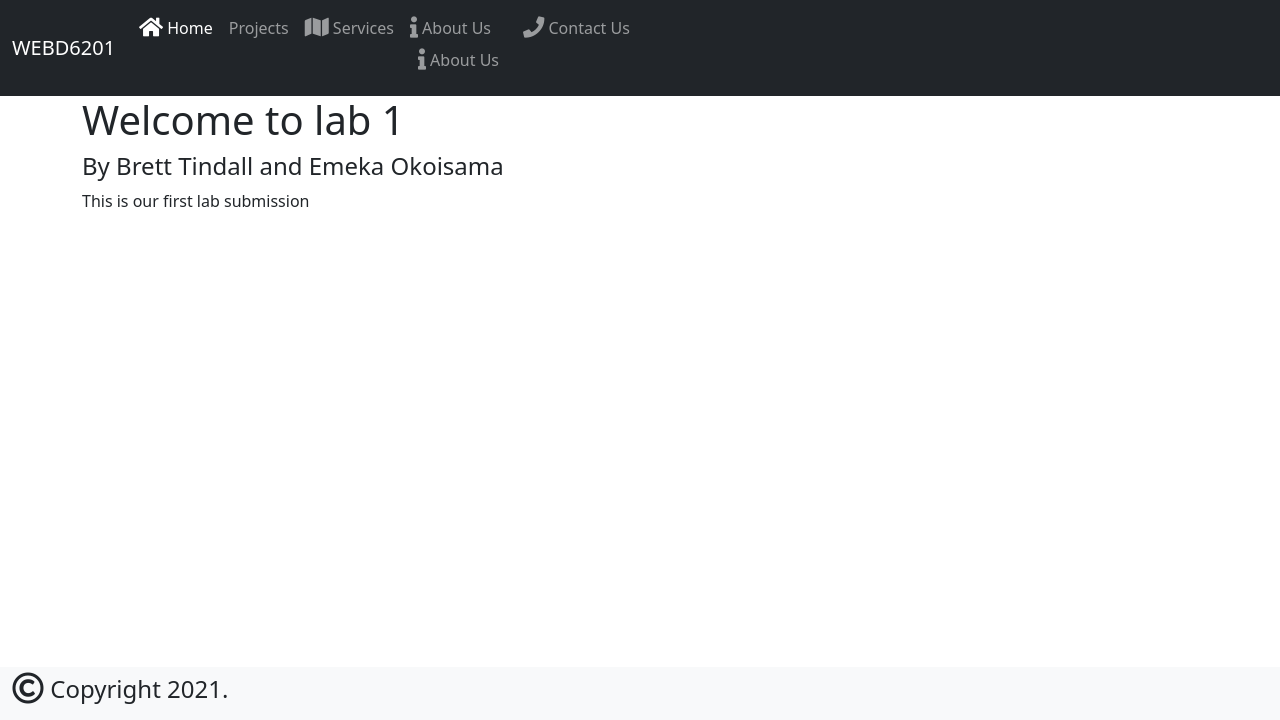
Repository: Sub4Sub/Lab_1
Page: index.html
An editor plug-in stored every save of this project. The page is shown before and after the next save, followed by the edit.
The browser window is 1280 px wide. The pictures show the whole page.

Above is the page before, as saved 2021-02-05 02:35:20.

### index.html
<!DOCTYPE html>
<html lang="en">
<head>
    <meta charset="UTF-8">
    <meta name="viewport" content="width=device-width, initial-scale=1.0">
    <title>Home</title>
    <!-- CSS Section -->
    <link rel="stylesheet" href="./node_modules/bootstrap/dist/css/bootstrap.min.css">
    <link rel="stylesheet" href="./node_modules/@fortawesome/fontawesome-free/css/all.min.css">
    <link rel="stylesheet" href="./Content/app.css">
</head>
<body>
    <!-- Main Header -->
    <header>
      <!-- Main Navigation -->
      <nav class="navbar navbar-expand-lg navbar-dark bg-dark">
          <div class="container-fluid">
            <a class="navbar-brand" href="index.html">WEBD6201</a>
            <button class="navbar-toggler" type="button" data-bs-toggle="collapse" data-bs-target="#navbarSupportedContent" aria-controls="navbarSupportedContent" aria-expanded="false" aria-label="Toggle navigation">
              <span class="navbar-toggler-icon"></span>
            </button>
            <div class="collapse navbar-collapse" id="navbarSupportedContent">
              <ul class="navbar-nav me-auto mb-2 mb-lg-0">
                <li class="nav-item">
                  <a class="nav-link active" aria-current="page" href="index.html"><i class="fas fa-home fa-lg"></i> Home</a>
                </li>

                <li class="nav-item">
                  <a class="nav-link" id="productsLink" aria-current="page" href="products.html"><i class="fas fa-cog fa-lg"></i> Products</a>
                </li>

                <li class="nav-item">
                  <a class="nav-link" aria-current="page" href="services.html"><i class="fas fa-map fa-lg"></i> Services</a>
                </li>

                <li class="nav-item" id="aboutUsList">
                  <a class="nav-link" id="aboutUsLink" aria-current="page" href="about.html"><i class="fas fa-info fa-lg"></i> About Us</a>
                </li>

                <li class="nav-item">
                  <a class="nav-link" aria-current="page" href="contact.html"><i class="fas fa-phone fa-lg"></i> Contact Us</a>
                </li>
              </ul>
            </div>
          </div>
        </nav>
  </header>

    <!-- Main Content -->
    <main class="container">
    </main>



    <!-- Script Section-->
    <script src="./node_modules/jquery/dist/jquery.min.js"></script>
    <script src="./node_modules/bootstrap/dist/js/bootstrap.bundle.min.js"></script>
    <script src="./Scripts/app.js"></script>
</body>
</html>

### Scripts/app.js

"use strict";


(function()
{

    function displayHome()
    {
        let indexHeading = document.createElement("h1");

        indexHeading.setAttribute("id", "indexHeading");
        indexHeading.textContent = "Welcome to lab 1";
        //indexHeading.className = "fs-4 fw-bold";

        let mainContent = document.querySelector("main");
        mainContent.appendChild(indexHeading);

        let newDivTag = document.createElement("div");
        newDivTag.innerHTML =
        `<h4>By Brett Tindall and Emeka Okoisama</h4>
        <p id="paragraphThree"> This is our first lab submission </p>`;

        mainContent.append(newDivTag);


    }

    function displayContact()
    {
      let contactHeading = document.createElement("h1");

      contactHeading.setAttribute("id", "contactHeading");
      contactHeading.textContent = "Enter a Contact";

      let mainContent = document.querySelector("main");
      mainContent.appendChild(contactHeading);

      let newDivTag = document.createElement("div");
      newDivTag.innerHTML =
      `<div id="messageArea"></div>

      <div class="row justify-content-lg-center g-3">
        <form class="col-lg-6 col-md-10 col-sm-10">

          <div class="input-group mb-3">
            <span class="input-group-text" id="inputGroup-sizing-default">Full Name </span>
            <input id="fullName" type="text" class="form-control" aria-label="Full Name" aria-describedby="Full Name Input"
            name="fullName" required>
          </div>

          <div class="input-group mb-3">
            <span class="input-group-text" id="inputGroup-sizing-default">Contact Number</span>
            <input id="contactNumber" type="tel" class="form-control" aria-label="Contact Number" aria-describedby="Contact Number Input"
            name="contactNumber" required>
          </div>

          <div class="input-group mb-3">
            <span class="input-group-text" id="inputGroup-sizing-default">Email</span>
            <input id="emailAddress" type="email" class="form-control" aria-label="Email Address" aria-describedby="Email Address Input"
            name="emailAddress" required>
          </div>

          <button id="sendButton" type="submit" class="btn btn-primary"><i class="fas fa-envelope fa-lg"></i> Send</button>
          <button id="cancelButton" type="reset" class="btn btn-warning"><i class="fas fa-undo fa-lg"></i> Cancel</button>
        </form>
      </div>`;

      mainContent.append(newDivTag);


      let sendButton = document.getElementById("sendButton");

        sendButton.addEventListener("click", function(event){

          window.location.href = '/index.html';

        });

    }

    function displayFooter()
    {
      let mainContent = document.querySelector("main");

      let newFooterTag = document.createElement("footer");

      newFooterTag.innerHTML =
      `
      <footer>
        <nav class="navbar fixed-bottom navbar-light bg-light">
            <div class="container-fluid">
              <h4><i class="far fa-copyright fa-lg"></i> Copyright 2021.</h4>
            </div>
          </nav>
    </footer>
      `

      mainContent.append(newFooterTag);

    }

    function addHumanResourcesButton()
    {

      let aboutUsLink = document.getElementById("aboutUsLink");

      let newListItem = document.createElement("li");

      newListItem.innerHTML =
      `
      <li class="nav-item">
        <a class="nav-link" id="aboutUsLink" aria-current="page" href="about.html"><i class="fas fa-info fa-lg"></i> About Us</a>
      </li>
      `

      aboutUsLink.append(newListItem);

    }

    function Start()
    {
        console.log("App Started...");

        let productsButton = document.getElementById("productsLink");

        productsButton.textContent = "Projects";

        addHumanResourcesButton();

        switch (document.title)
        {
          case "Home":
              displayHome();
            break;
          case "About":
              displayAbout();
            break;
          case "Projects":
              displayProjects();
            break;
          case "Services":
              displayServices();
            break;
          case "Contact":
              displayContact();
            break;
        }

    }

    displayFooter();

    window.addEventListener("load", Start);

})();

Loaded but not shown: node_modules/bootstrap/dist/css/bootstrap.min.css (library); node_modules/@fortawesome/fontawesome-free/css/all.min.css (library); node_modules/jquery/dist/jquery.min.js (library); node_modules/bootstrap/dist/js/bootstrap.bundle.min.js (library); Content/app.css (no stored copy; drawn as an empty file)

After the next save:
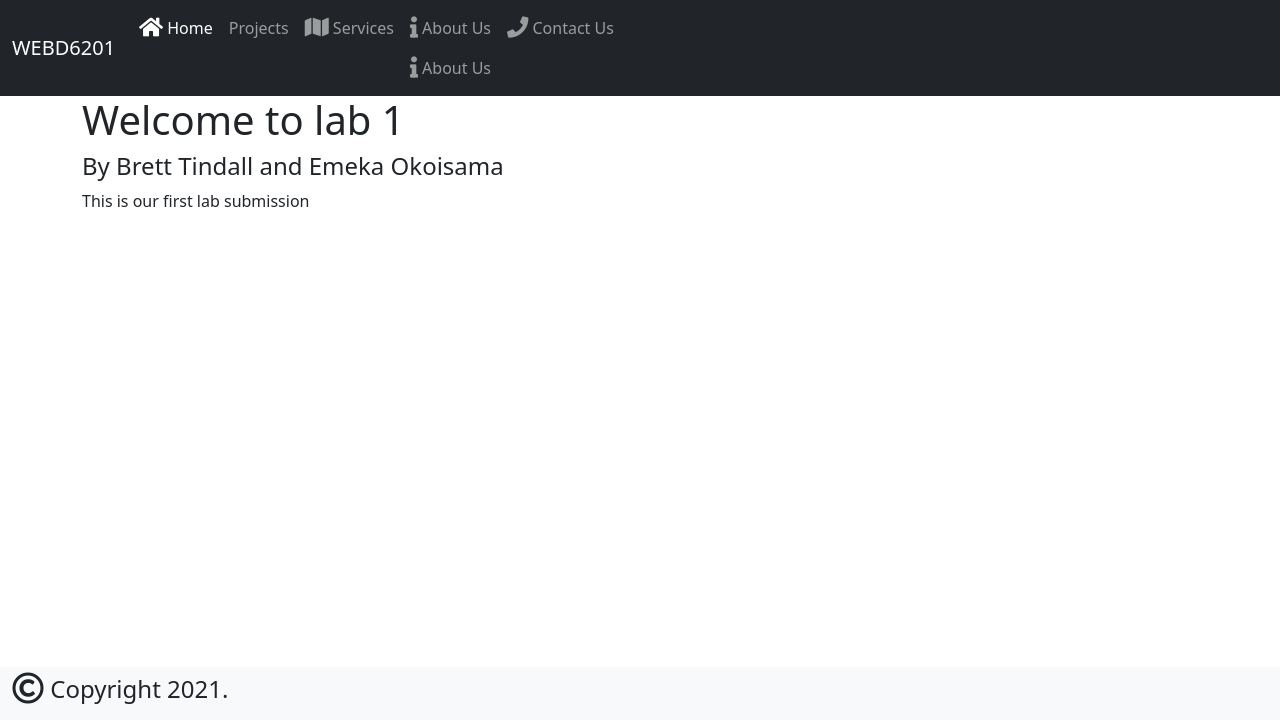
Saved 4 s later.
--- a/Scripts/app.js
+++ b/Scripts/app.js
@@ -103,7 +103,7 @@
     function addHumanResourcesButton()
     {
 
-      let aboutUsLink = document.getElementById("aboutUsLink");
+      let aboutUsLink = document.getElementById("aboutUsList");
 
       let newListItem = document.createElement("li");
 
